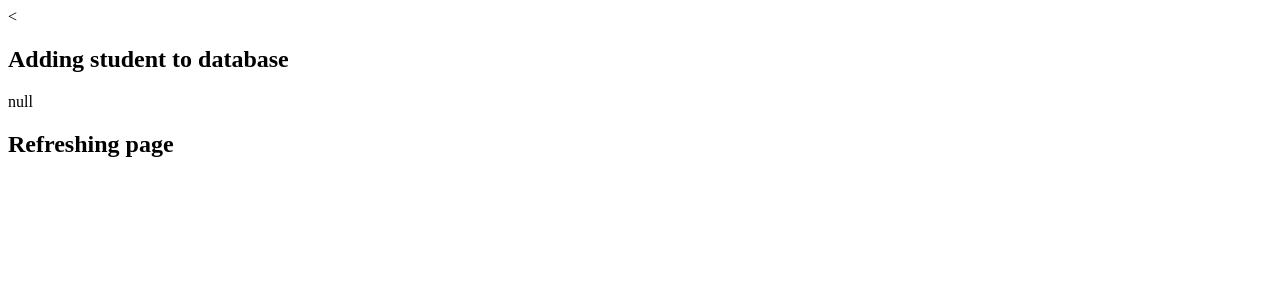
Repository: akhileshrane/ZensarJava
Page: http://localhost/CaseStudy/addingBus.jsp
These files come from the project's save history. The page is drawn as it stood at one moment and after the next save; the edit follows.
The browser window is 1280 px wide. The pictures show the whole page.
The page is served by Tomcat 9. Other server files are loaded and not shown.

Above is the page before, as saved 2017-06-29 07:08:16.

### CaseStudy/WebContent/addingBus.jsp
<%@ page language="java" contentType="text/html; charset=UTF-8"
    pageEncoding="UTF-8"%>
<%@page import="Akhilesh.*,java.sql.*"%>
<!DOCTYPE html PUBLIC "-//W3C//DTD HTML 4.01 Transitional//EN" "http://www.w3.org/TR/html4/loose.dtd">
<html>
<head>
<meta http-equiv="Content-Type" content="text/html; charset=UTF-8">
<title>Insert title here</title>
</head>
<body>
<<h2>Adding student to database</h2>
<%
try{
BusDao busDao=new BusDao();
String n=request.getParameter("busName");
String s=request.getParameter("arrivalTime");
Time t=Time.valueOf(s);
int w=Integer.parseInt(request.getParameter("waitStatus"));
Bus bus = new Bus();
bus.setBusName(n);
bus.setArrivalTime(t);
bus.setWaitStatus(w);
busDao.addBus(bus);
response.sendRedirect("managerSection.jsp");
}
catch(Exception e){
	out.println(""+e.getMessage());
	response.addHeader("REFRESH","3;URL=managerSection.jsp");
	%>
<h2>Refreshing page</h2>
<%
}
%>
</body>
</html>

### CaseStudy/src/Akhilesh/BusDao.java
package Akhilesh;

import java.sql.Connection;
import java.sql.DriverManager;
import java.sql.PreparedStatement;
import java.sql.ResultSet;
import java.sql.SQLException;
import java.sql.Statement;
import java.sql.Time;
import java.util.ArrayList;
import java.util.List;


public class BusDao {
	String driverName = "com.mysql.jdbc.Driver";
	String url= "jdbc:mysql://localhost/Bus";
	String userName="root";
	String password="root";

	public List<Bus> getBus() throws SQLException, ClassNotFoundException {
		List<Bus> busList = new ArrayList<Bus>();
		//Loading the driver
		Class.forName(driverName);
		Connection con= DriverManager.getConnection(url,userName,password);
		Statement st=con.createStatement();
		ResultSet rs=st.executeQuery("select * from Bus;");
		while(rs.next()) {
			String busName = rs.getString("busName");
			Time arrivalTime =rs.getTime("arrivalTime");
			int waitStatus = rs.getInt("waitStatus");
			Bus bus=new Bus();
			bus.setBusName(busName);
			bus.setArrivalTime(arrivalTime);
			bus.setWaitStatus(waitStatus);

			busList.add(bus);
		}
		con.close();
		st.close();
		rs.close();

		return busList;

	}
	public int addBus(Bus bus) throws ClassNotFoundException, SQLException{
		int numberOfBusesAdded = 0;
		Class.forName(driverName);
		Connection con= DriverManager.getConnection(url,userName,password);
		PreparedStatement st;
		st=con.prepareStatement("insert into  values(?,?,?);");
		st.setString(1, bus.getBusName());
		st.setTime(2, bus.getArrivalTime());
		st.setInt(3, bus.getWaitStatus());

		numberOfBusesAdded=st.executeUpdate();
		System.out.println("Records added: "+numberOfBusesAdded);
		return numberOfBusesAdded;
	}
}

After the next save:
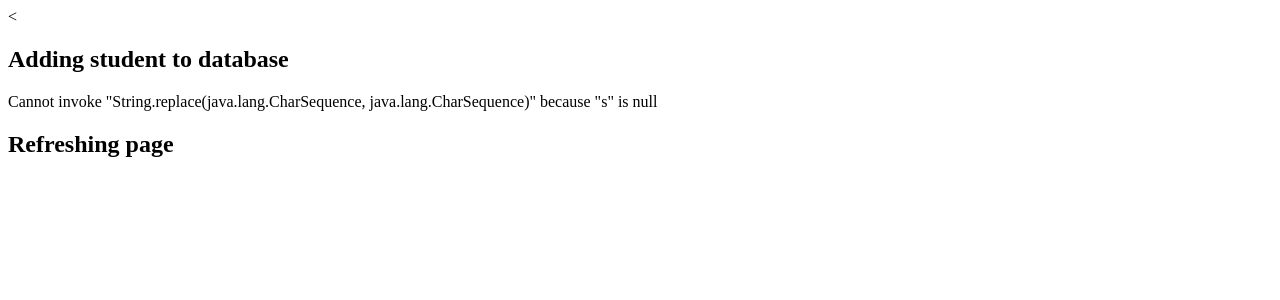
Saved 91 s later.
--- a/CaseStudy/WebContent/addingBus.jsp
+++ b/CaseStudy/WebContent/addingBus.jsp
@@ -14,6 +14,7 @@
 BusDao busDao=new BusDao();
 String n=request.getParameter("busName");
 String s=request.getParameter("arrivalTime");
+s=s.replace(":","");
 Time t=Time.valueOf(s);
 int w=Integer.parseInt(request.getParameter("waitStatus"));
 Bus bus = new Bus();

After the save that followed:
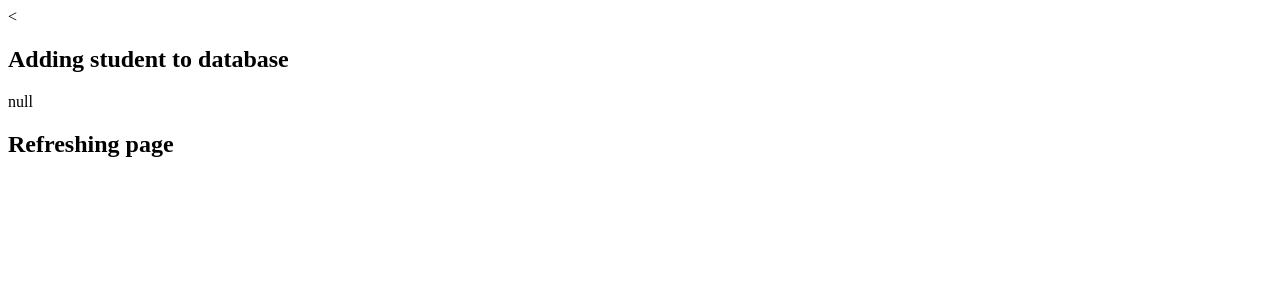
Saved 3 min 22 s later.
--- a/CaseStudy/WebContent/addingBus.jsp
+++ b/CaseStudy/WebContent/addingBus.jsp
@@ -14,8 +14,8 @@
 BusDao busDao=new BusDao();
 String n=request.getParameter("busName");
 String s=request.getParameter("arrivalTime");
-s=s.replace(":","");
 Time t=Time.valueOf(s);
+t.toString();
 int w=Integer.parseInt(request.getParameter("waitStatus"));
 Bus bus = new Bus();
 bus.setBusName(n);
